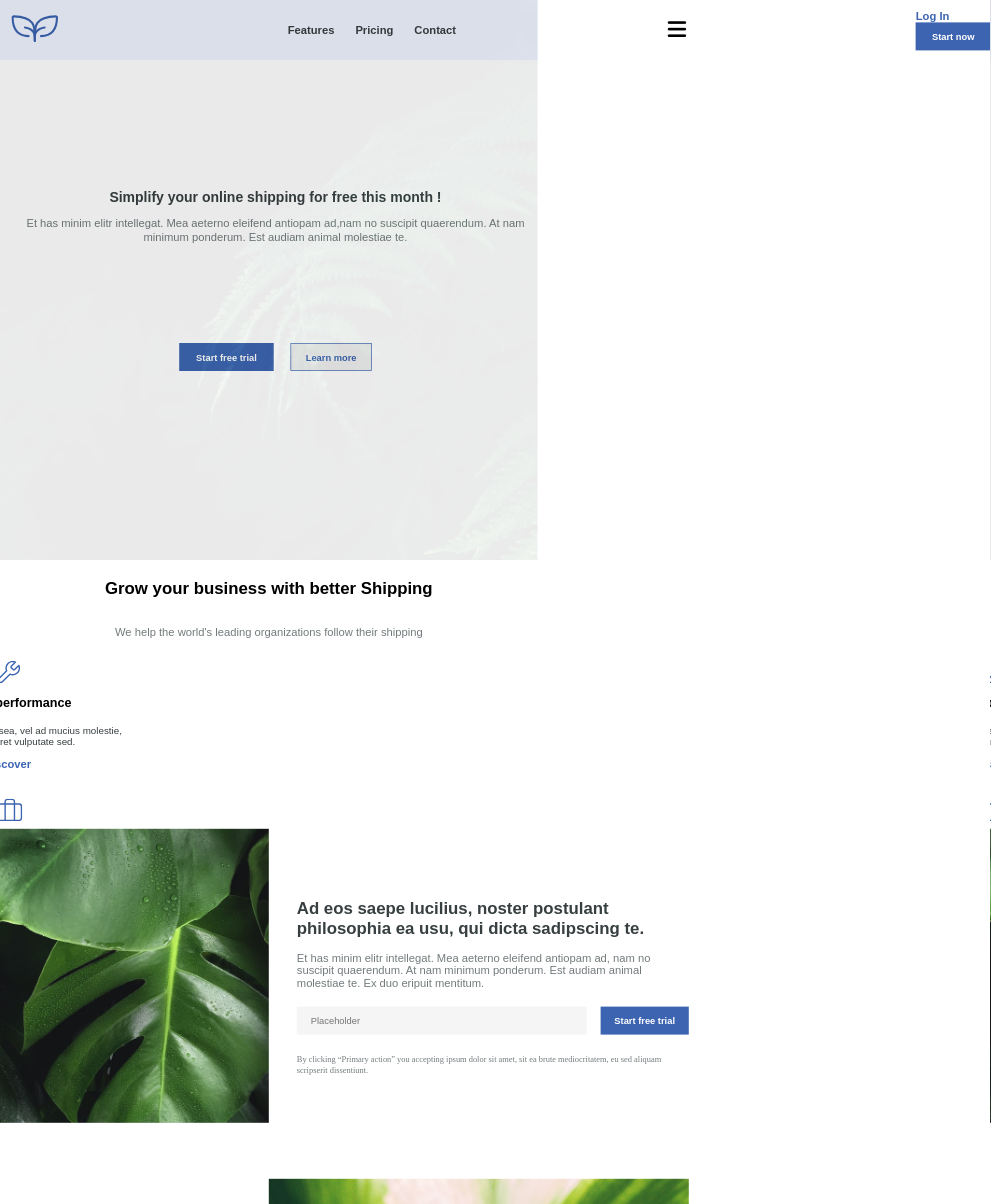
Repository: Mygit2001/LeTuSy_Test_Ecommage
Page: index.html
These files come from the project's save history. The page is drawn as it stood at one moment and after a run of saves; the edit follows.
The browser window is 768 px wide. The page is 1415 px wide, then 1061 px, so the pictures cover 1415 px, including what lies to the right of the window. The pictures show the part of the page from y = 0 to 1720 px (the page is 2604 px tall), at 70% of full size.
Some web fonts or font styles are not loaded; a fallback is used. Some web libraries are served in a nearby version.

Above is the page before, as saved 2023-02-15 22:54:23.

After the next 3 saves:
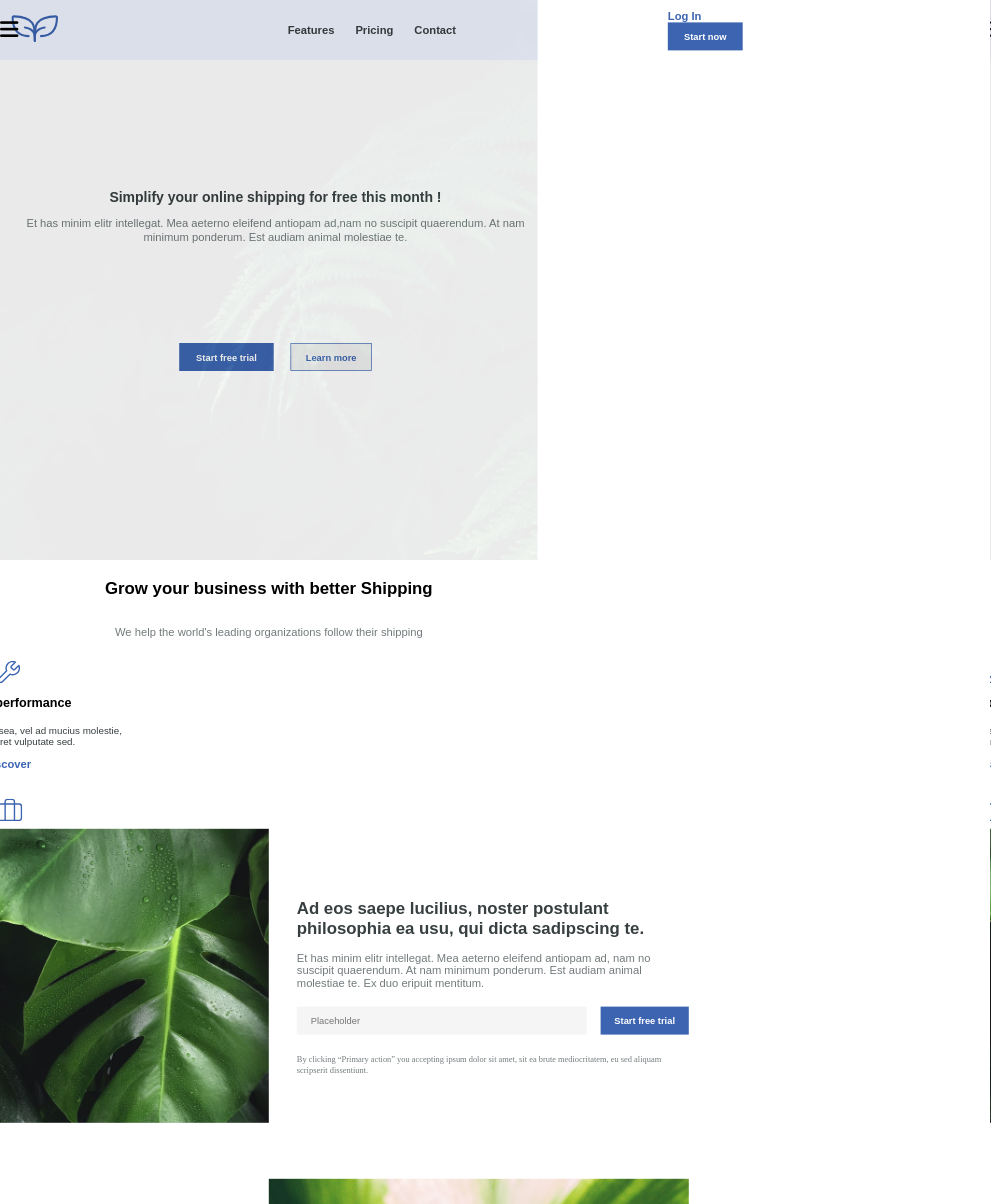
The 3 saves are shown as one change because they came seconds apart.
The last was saved 9 s later.
--- a/assets/css/responsive.css
+++ b/assets/css/responsive.css
@@ -31,8 +31,11 @@
 
  /* mobile and tablet */
 @media(max-width:63.9375em) {
-
+    .navbar_header {
+        position: relative;
+    }
     .bar-icon {
+        position: absolute;
         display: block ;
         font-size: 30px;
     }
